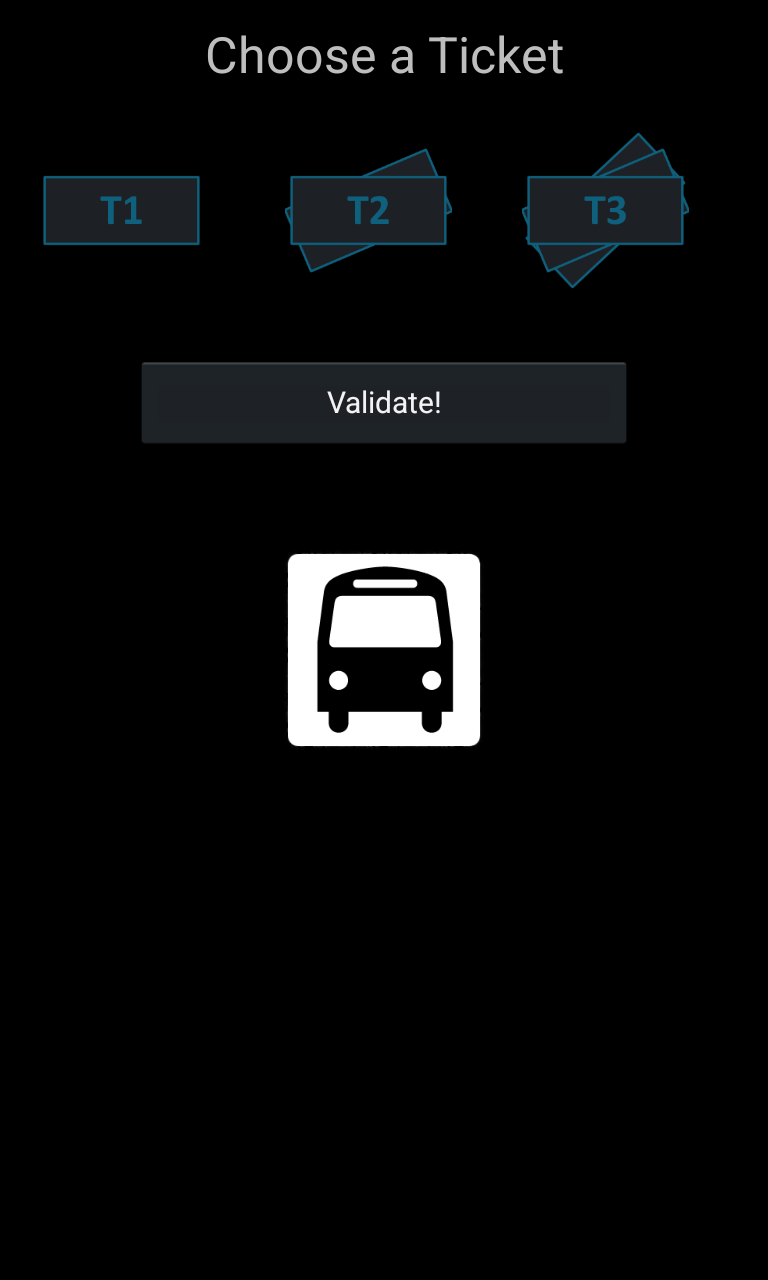
Repository: Nelspike/BusTicketer
Layout: PassengerMode/res/layout/fragment_show_tickets.xml
The author's editor kept a copy of each file at every save. The layout is drawn from the files as they stood at one save, then again after the next save.
It is drawn on a 768 x 1280 px phone screen (xhdpi) without system bars, with theme AppTheme; the app's code is not run.

Above is the layout before, as saved 2013-10-19 20:26:56.

After the next save:
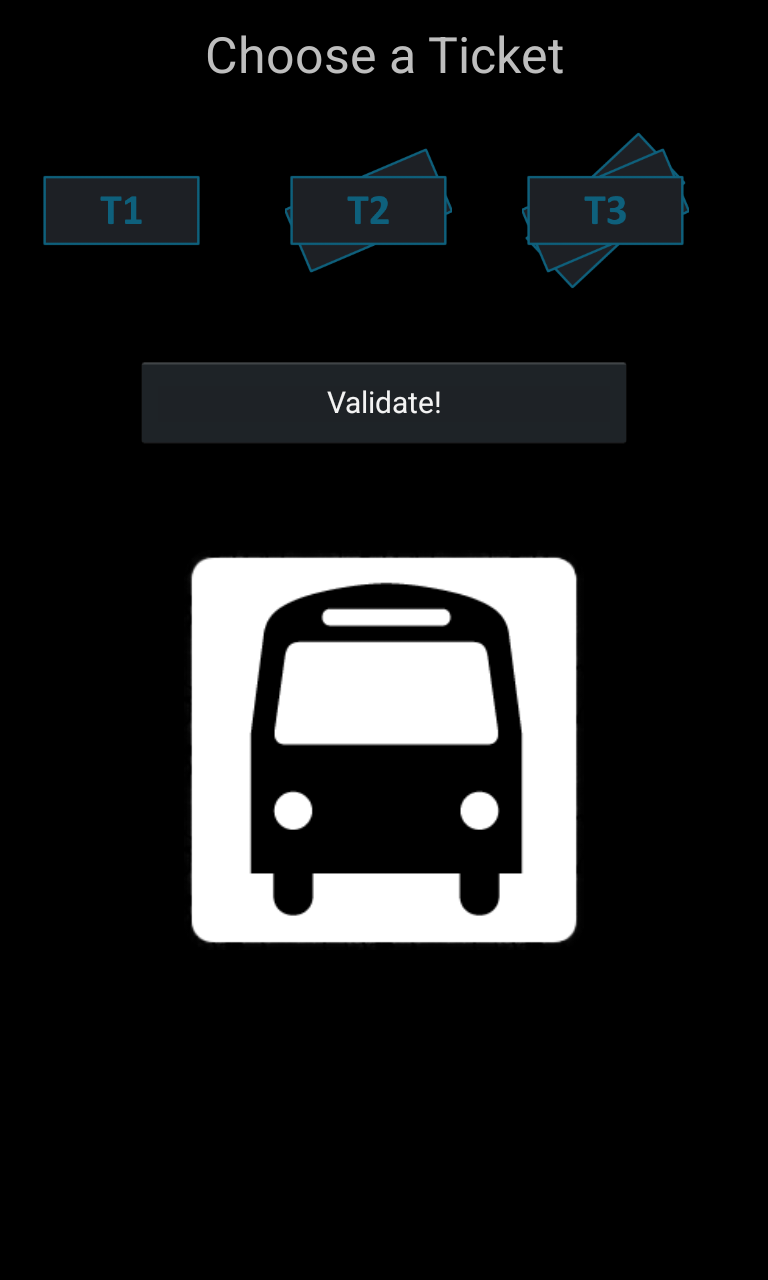
Saved 9 s later.
--- a/PassengerMode/res/layout/fragment_show_tickets.xml
+++ b/PassengerMode/res/layout/fragment_show_tickets.xml
@@ -61,8 +61,8 @@
 		<ImageView
 		    android:id="@+id/qr_code_holder"
 		    android:contentDescription="@string/description"
-		    android:layout_width="300px"
-		    android:layout_height="300px"
+		    android:layout_width="500px"
+		    android:layout_height="500px"
 		    android:src="@drawable/bus"
 		    android:layout_gravity="center"
 		    android:paddingTop="50dp"/>
